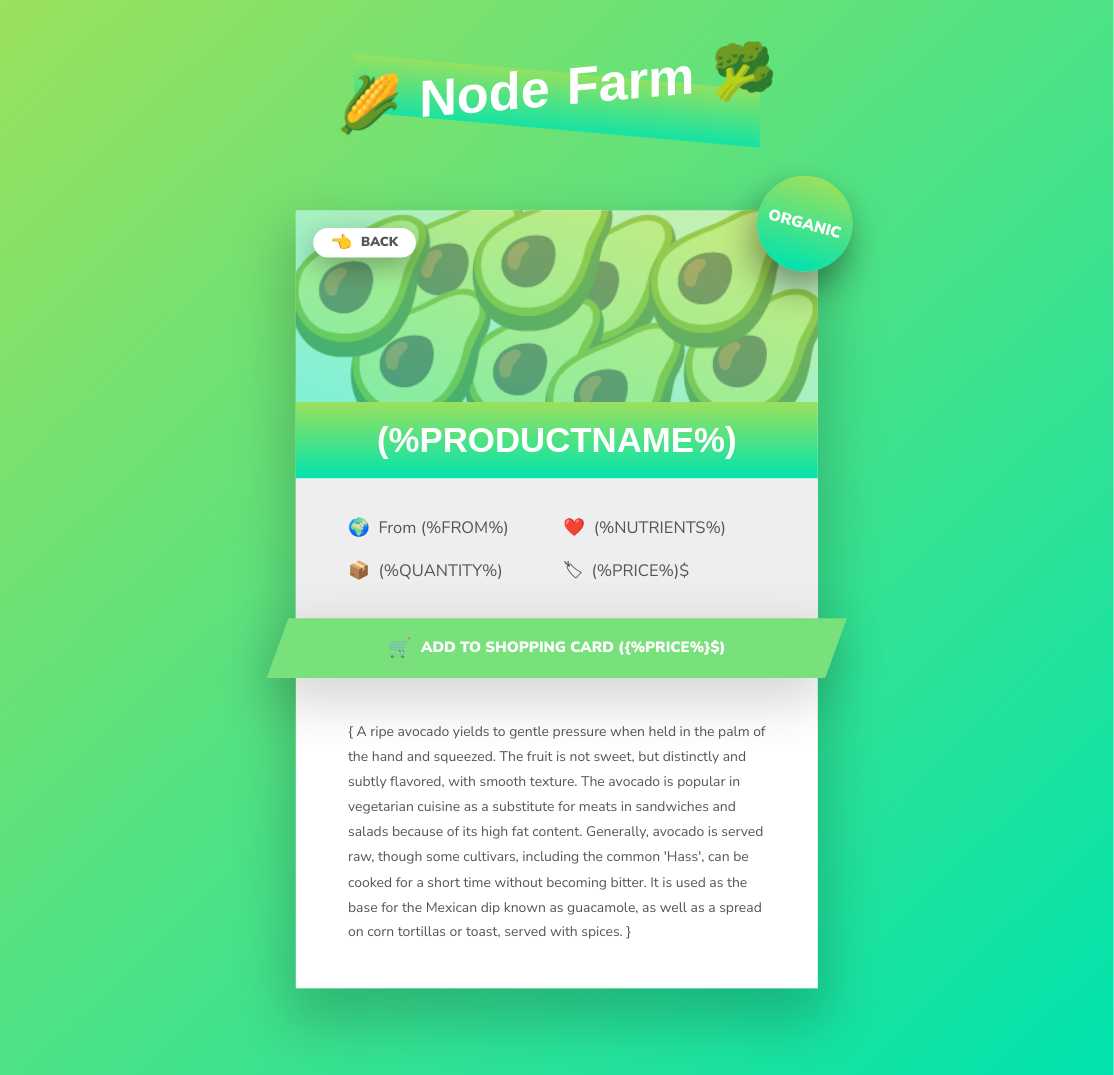
Repository: smit1298/complete-node-bootcamp
Page: node-farm/starter/templates/product.html
These files come from the project's save history. The page is drawn as it stood at one moment and after the next save; the edit follows.
The browser window is 1280 px wide. The pictures show the whole page, at 87% of full size.
Some web fonts or font styles are not loaded; a fallback is used.

Above is the page before, as saved 2021-07-21 13:03:07.

After the next save:
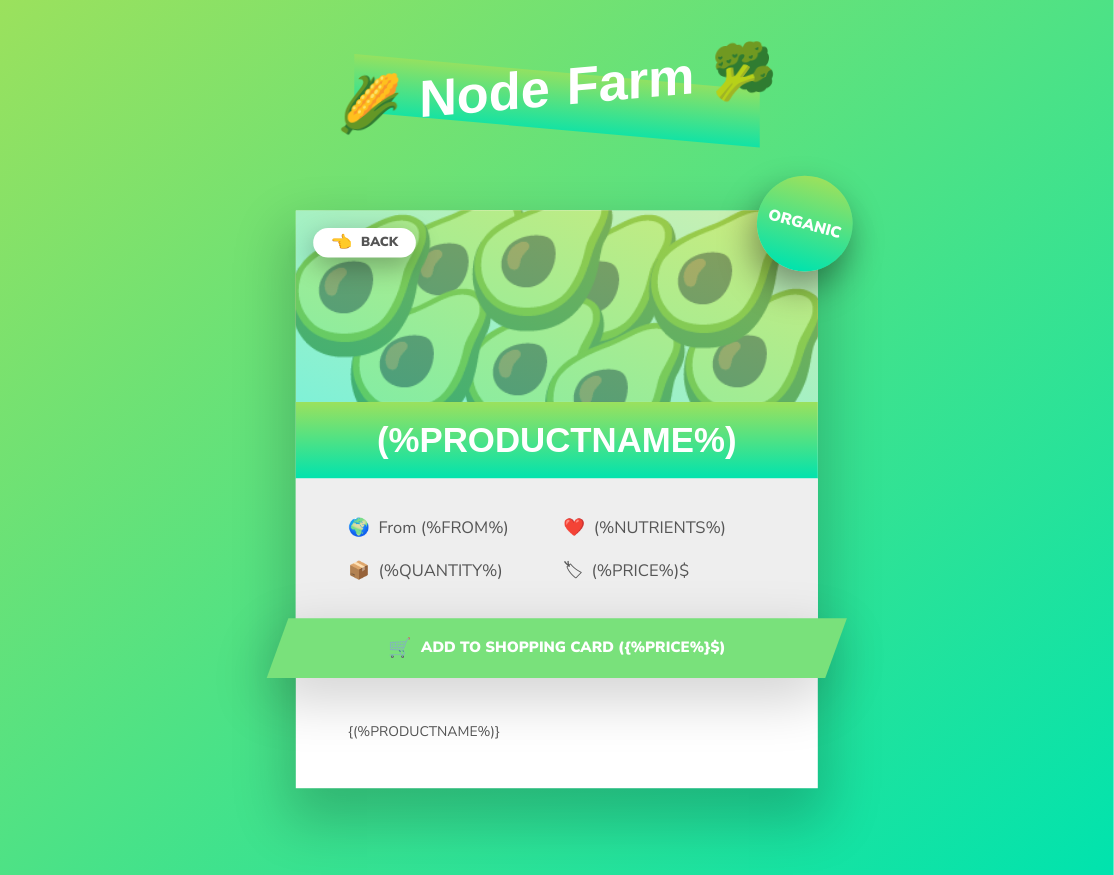
Saved 4 s later.
--- a/node-farm/starter/templates/product.html
+++ b/node-farm/starter/templates/product.html
@@ -299,16 +299,7 @@
         </a>
 
         <p class="product__description">
-{          A ripe avocado yields to gentle pressure when held in the palm of the
-          hand and squeezed. The fruit is not sweet, but distinctly and subtly
-          flavored, with smooth texture. The avocado is popular in vegetarian
-          cuisine as a substitute for meats in sandwiches and salads because of
-          its high fat content. Generally, avocado is served raw, though some
-          cultivars, including the common 'Hass', can be cooked for a short time
-          without becoming bitter. It is used as the base for the Mexican dip
-          known as guacamole, as well as a spread on corn tortillas or toast,
-          served with spices.
-}        </p>
+{(%PRODUCTNAME%)}        </p>
       </figure>
 
     </div>
